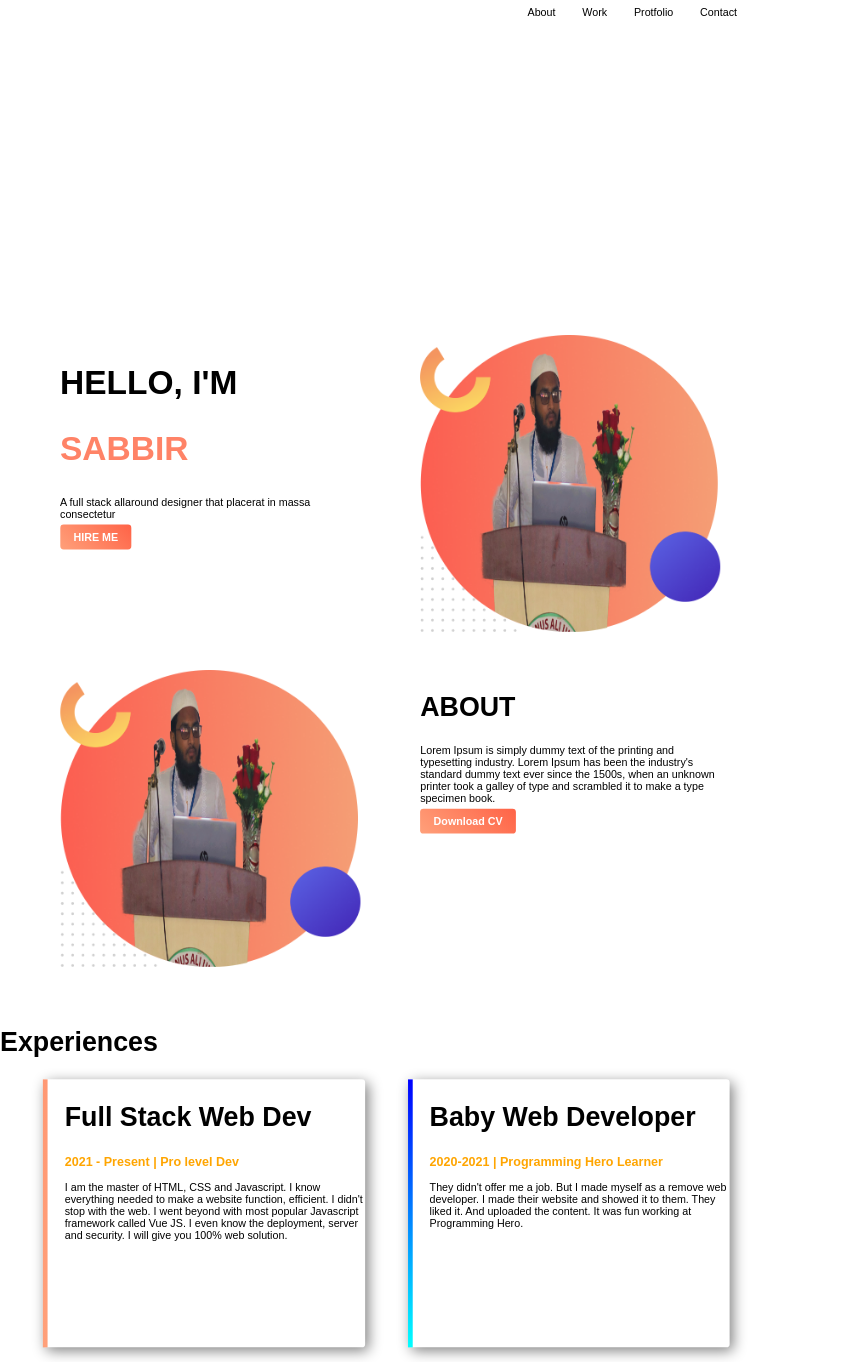
Repository: sabbircse3/personal-website
Page: index.html
The author's editor kept a copy of each file at every save. The page is drawn from the files as they stood at one save, then again after a run of saves.
The browser window is 1280 px wide. The pictures show the whole page, at 67% of full size.

Above is the page before, as saved 2021-01-06 00:15:48.

After the next 2 saves:
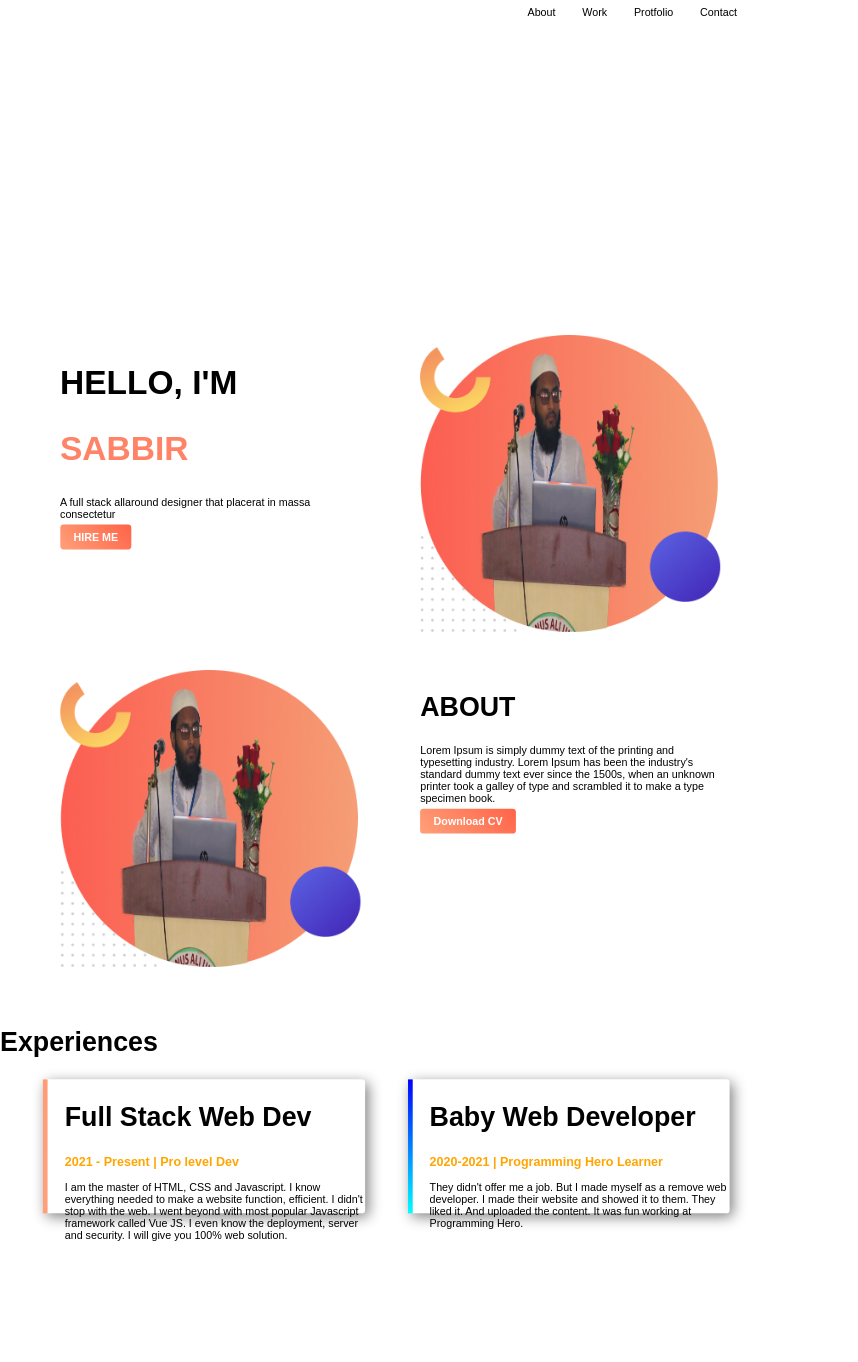
The 2 saves are shown as one change because they came seconds apart.
The last was saved 13 s later.
--- a/style.css
+++ b/style.css
@@ -59,7 +59,7 @@
 .single-experience{
     box-shadow: 5px 5px 20px gray;
     border-radius: 5px;
-    height: 80%;
+    height: 40%;
 }
 #full-stack{
     border-left: 7px solid;

After the 6 saves that followed:
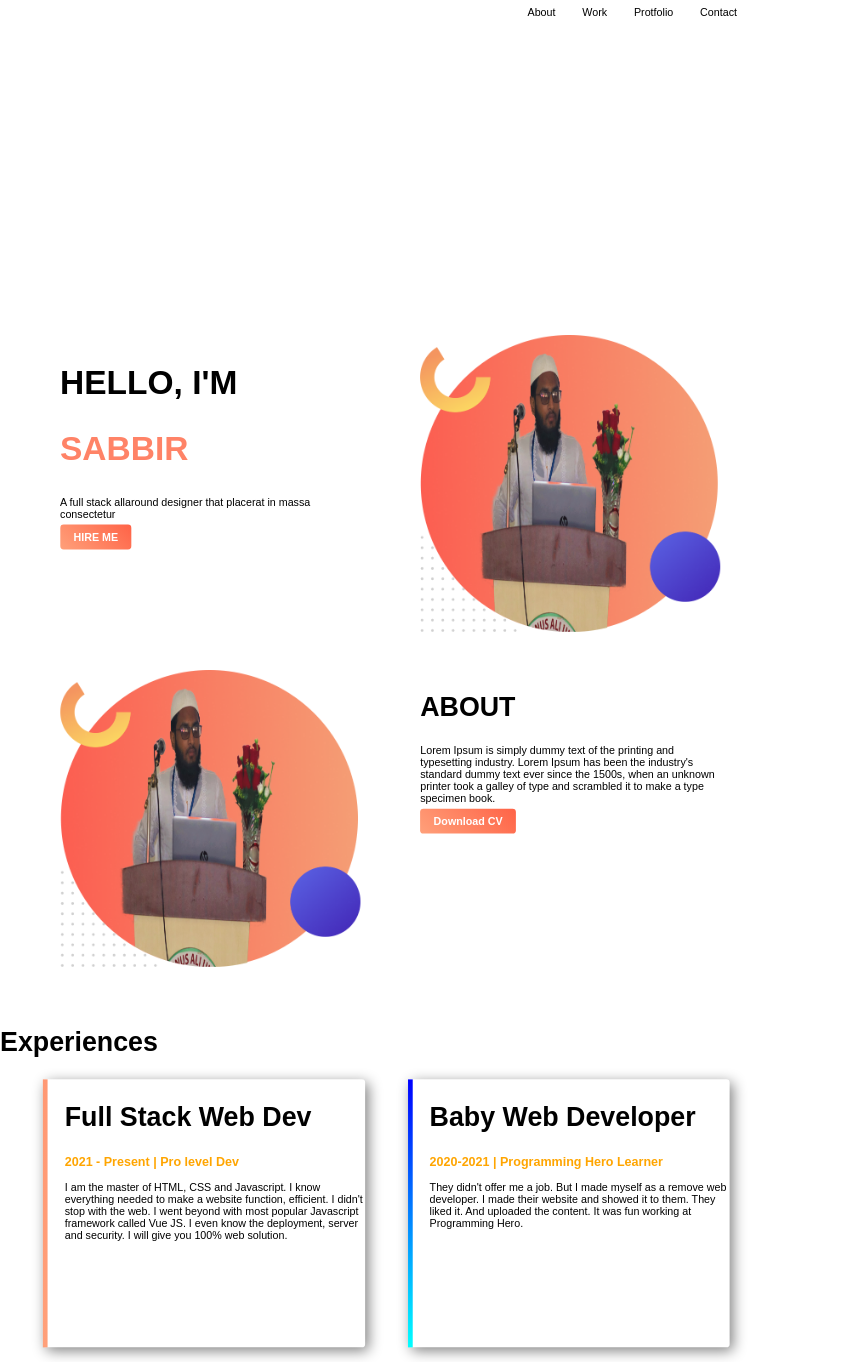
The 6 saves are shown as one change because they came seconds apart.
The last was saved 19 s later.
--- a/style.css
+++ b/style.css
@@ -59,7 +59,8 @@
 .single-experience{
     box-shadow: 5px 5px 20px gray;
     border-radius: 5px;
-    height: 40%;
+	height: 80%;
+	width: ;
 }
 #full-stack{
     border-left: 7px solid;
